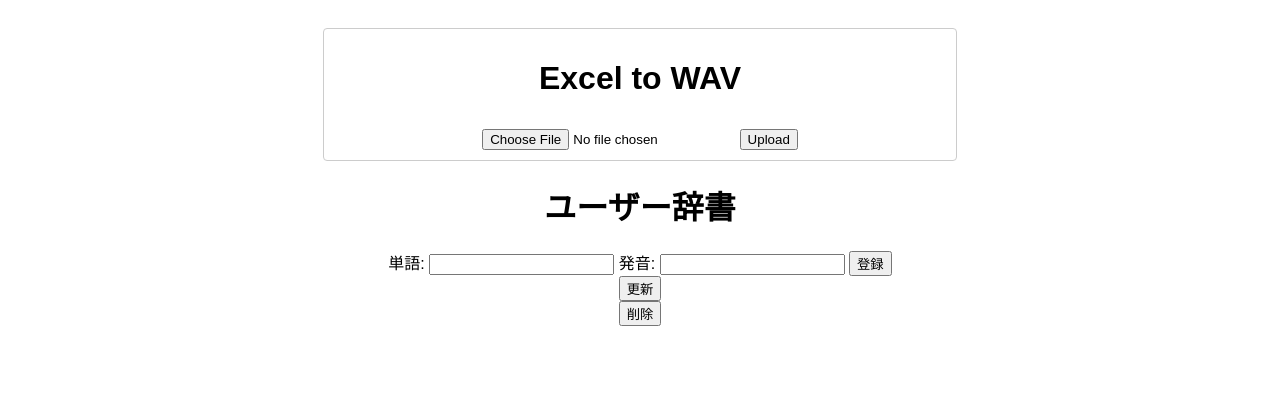
Repository: limonene213u/Excel-to-VOICE
Page: http://localhost/
An editor plug-in stored every save of this project. The page is shown before and after the next save, followed by the edit.
The browser window is 1280 px wide. The pictures show the whole page.
The page is served by the project's application, run on Flask 3 (volume/app.py).

Above is the page before, as saved 2023-10-10 23:36:08.

After the next save:
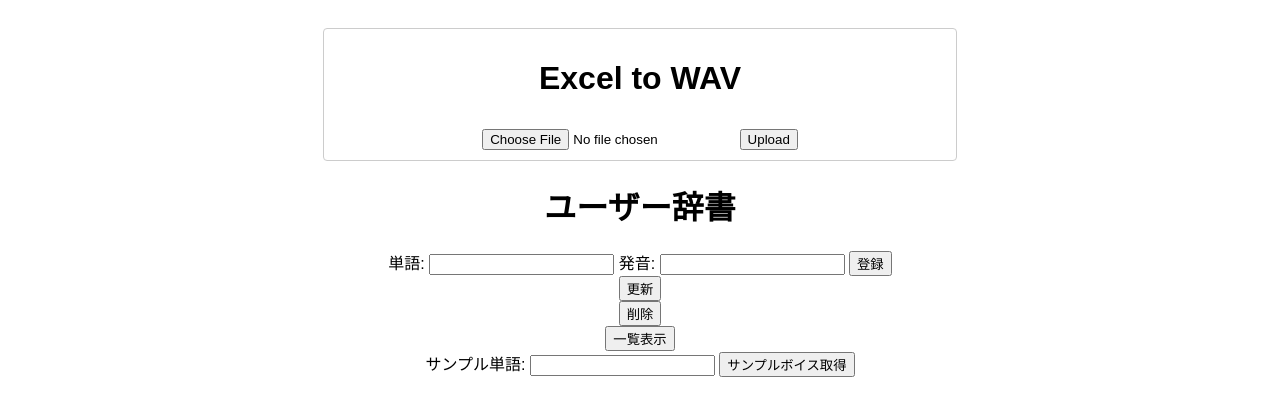
Saved 3 min 19 s later.
--- a/volume/templates/index.html
+++ b/volume/templates/index.html
@@ -50,6 +50,20 @@
             <!-- ... -->
             <input type="submit" value="削除">
         </form>
+        <button id="list-words" onclick="listWords()">一覧表示</button>
+        <div id="word-list"></div>
+        <form action="/sample_voice" method="post">
+            <label for="sample-word">サンプル単語:</label>
+            <input type="text" id="sample-word" name="sample-word" required>
+            <input type="submit" value="サンプルボイス取得">
+        </form>
+    </div>
     </div>
 </body>
+<script>
+    function listWords() {
+        // Ajaxでサーバーから単語一覧を取得して表示
+        fetch('/list_words').then(response => response.json()).then(data => { /* 一覧表示の処理 */ });
+    }
+    </script>
 </html>
